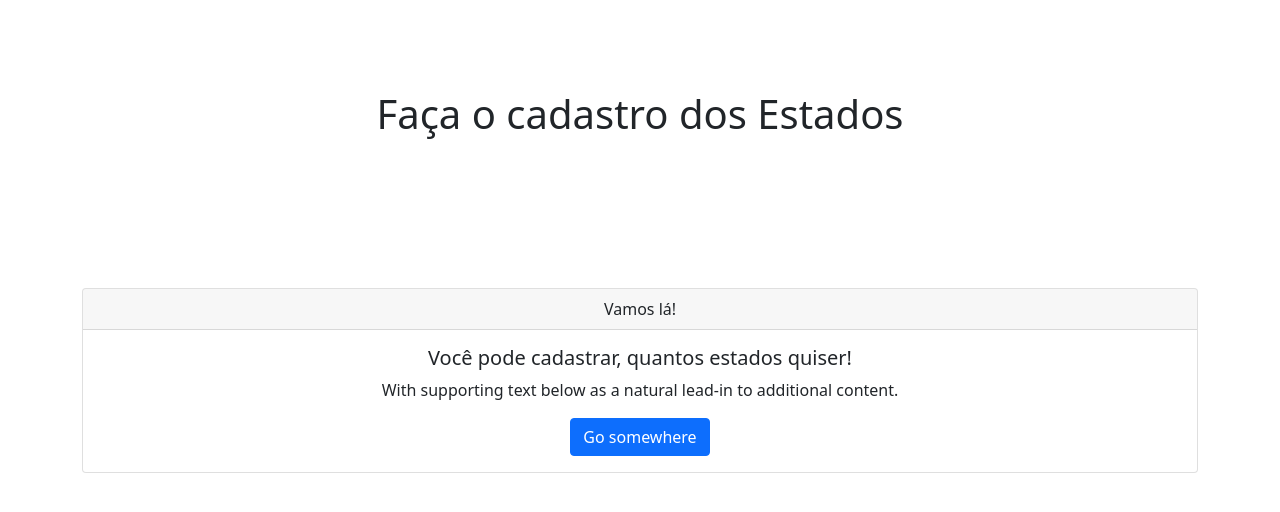
Repository: danielandradedasilva/ProjetoWebJava
Page: http://localhost/projetoweb/
These files come from the project's save history. The page is drawn as it stood at one moment and after the next save; the edit follows.
The browser window is 1280 px wide. The pictures show the whole page.
The page is served by Tomcat 9. Other server files are loaded and not shown.

Above is the page before, as saved 2021-05-10 01:56:32.

### projetoweb/src/main/webapp/index.jsp
<%@taglib prefix="c" uri="http://java.sun.com/jsp/jstl/core"%>
<%@taglib prefix="fmt" uri="http://java.sun.com/jsp/jstl/fmt"%>
<%@taglib uri="http://www.springframework.org/tags/form" prefix="form"%>


<%@ page language="java" contentType="text/html; charset=ISO-8859-1"
    pageEncoding="ISO-8859-1"%>
<!DOCTYPE html>
<html>
<head>
<meta charset="ISO-8859-1">
<title>Projeto Web</title>
<link href="https://cdn.jsdelivr.net/npm/bootstrap@5.0.0/dist/css/bootstrap.min.css" rel="stylesheet" integrity="sha384-wEmeIV1mKuiNpC+IOBjI7aAzPcEZeedi5yW5f2yOq55WWLwNGmvvx4Um1vskeMj0" crossorigin="anonymous">
<style type="text/css">
	.card{
		margin-top: 150px;
	}
	h1{
		margin-top: 90px;
	}
</style>
</head>
<body>

	<div class="container">
		<h1 align="center">Faça o cadastro dos Estados</h1>

		<div class="card text-center">
			<div class="card-header">
			   Vamos lá!
			</div>
		 <div class="card-body">
		    <h5 class="card-title"> Você pode cadastrar, quantos estados quiser!</h5>
		    <p class="card-text">With supporting text below as a natural lead-in to additional content.</p>
		    <a href="#" class="btn btn-primary">Go somewhere</a>
		 </div>
	</div>

		<div class="row">
			<div class="col"></div>
		</div>

	</div>

</body>
</html>

After the next save:
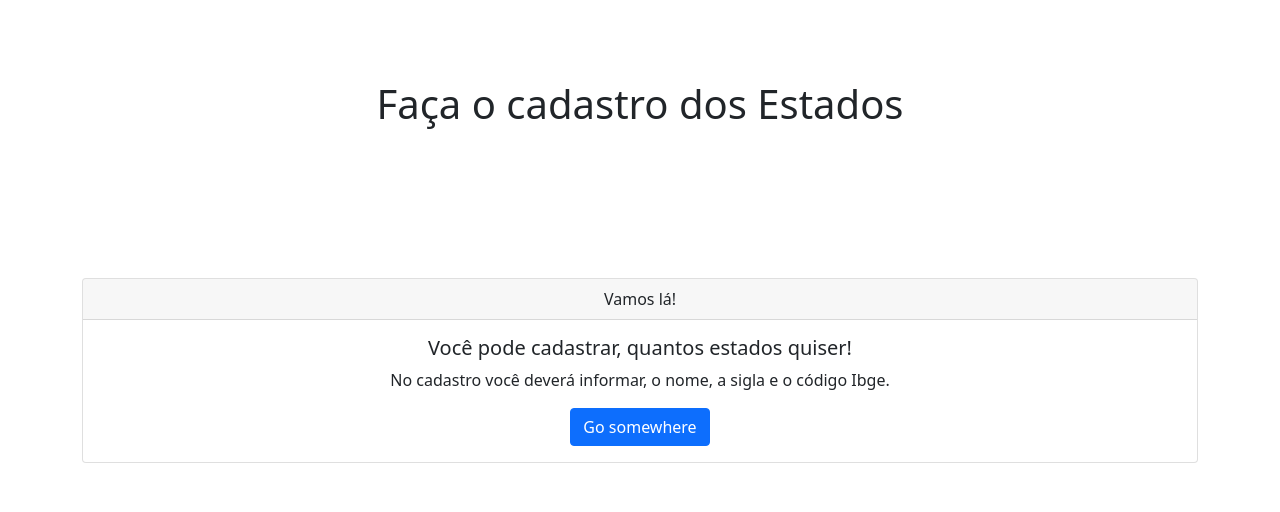
Saved 97 s later.
--- a/projetoweb/src/main/webapp/index.jsp
+++ b/projetoweb/src/main/webapp/index.jsp
@@ -16,7 +16,7 @@
 		margin-top: 150px;
 	}
 	h1{
-		margin-top: 90px;
+		margin-top: 80px;
 	}
 </style>
 </head>
@@ -31,7 +31,7 @@
 			</div>
 		 <div class="card-body">
 		    <h5 class="card-title"> Você pode cadastrar, quantos estados quiser!</h5>
-		    <p class="card-text">With supporting text below as a natural lead-in to additional content.</p>
+		    <p class="card-text">No cadastro você deverá informar, o nome, a sigla e o código Ibge.</p>
 		    <a href="#" class="btn btn-primary">Go somewhere</a>
 		 </div>
 	</div>
